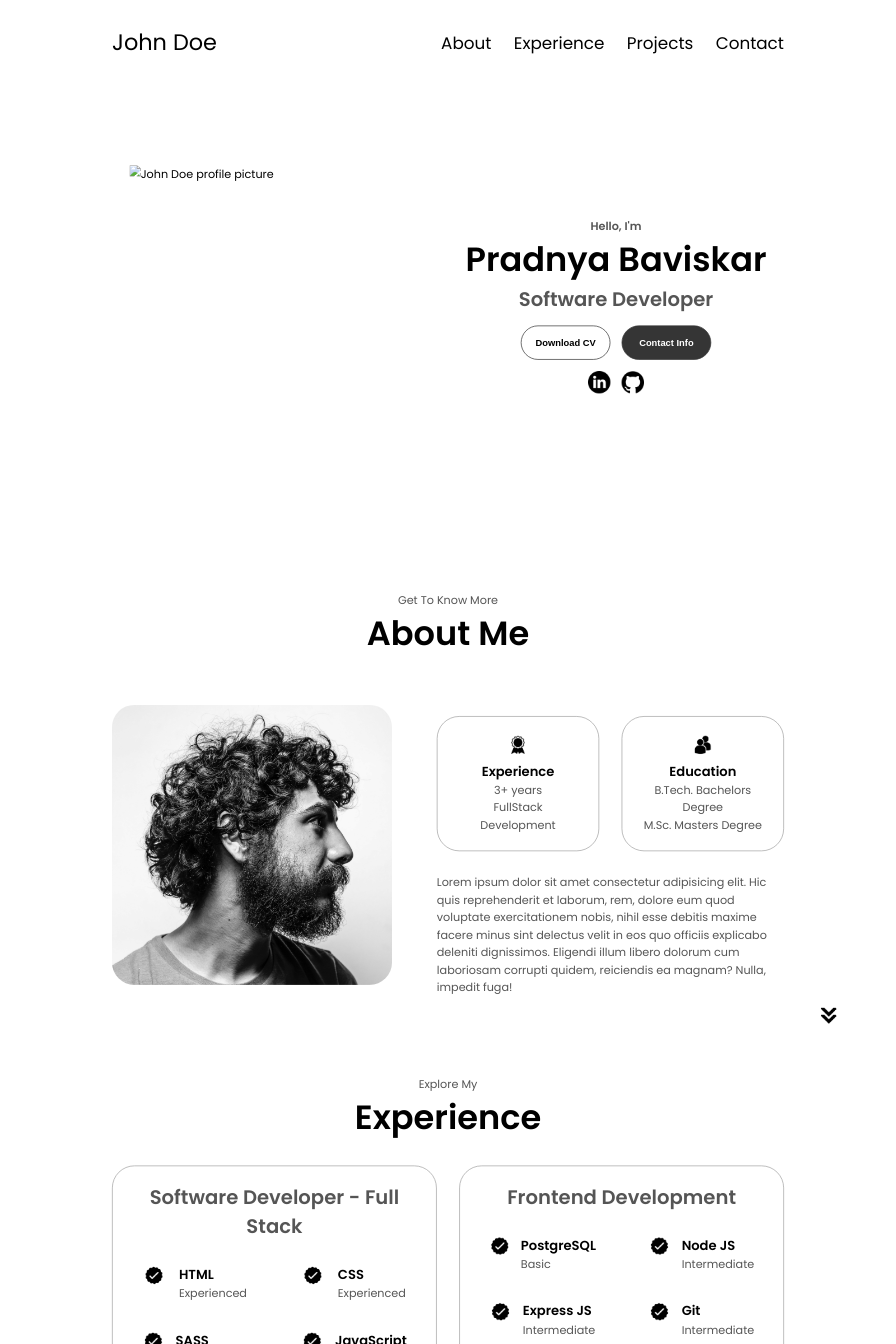
Repository: Pradnya-07/Portfolio-Pradnya
Page: index.html
The author's editor kept a copy of each file at every save. The page is drawn from the files as they stood at one save, then again after the next save.
The browser window is 1280 px wide. The pictures show the part of the page from y = 0 to 1920 px (the page is 4127 px tall), at 70% of full size.
A picture or video elsewhere on the page could not be fetched, so the positions and the page height are approximate.

Above is the page before, as saved 2025-04-07 15:57:55.
Not found: assets/profile-pic.png

After the next save:
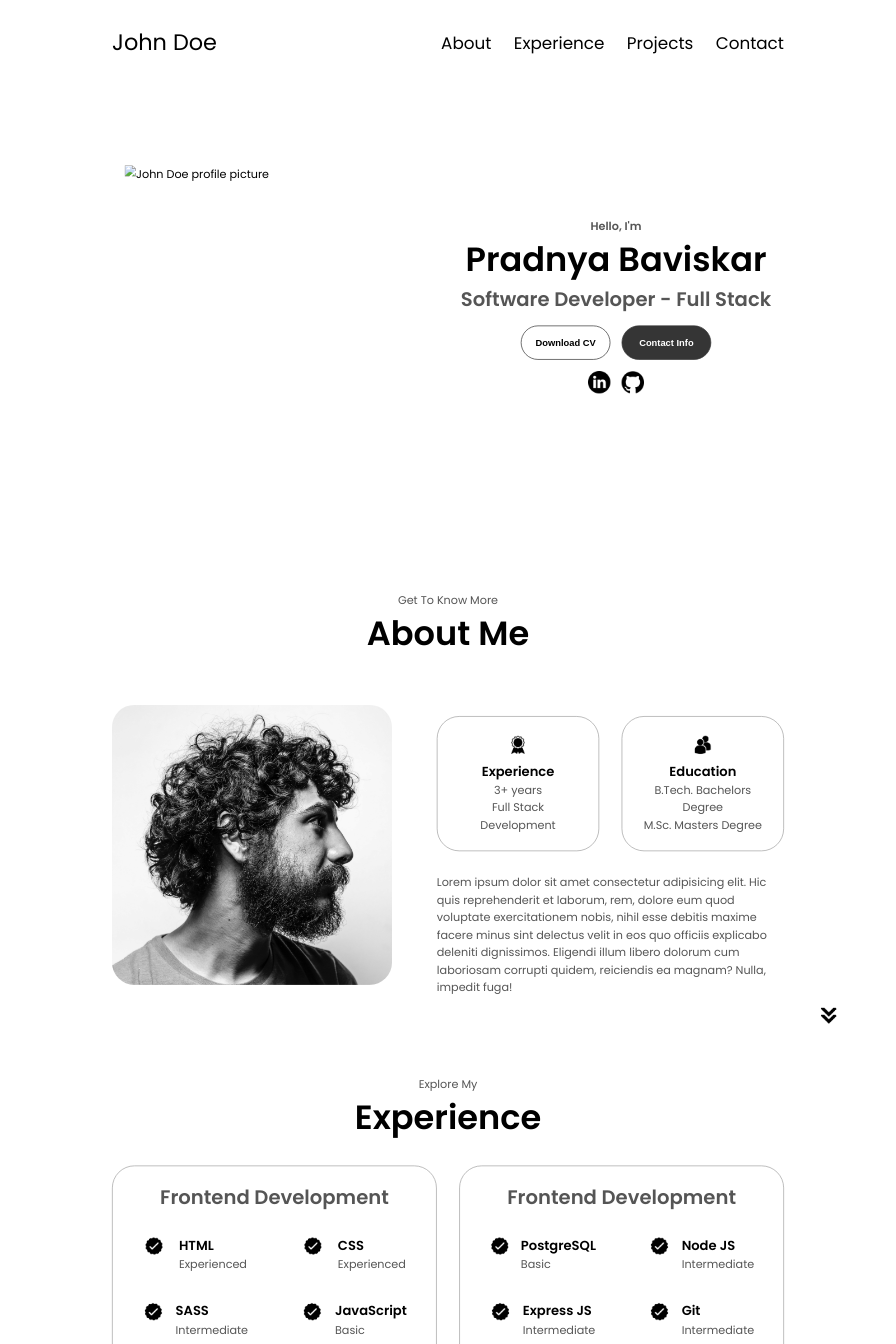
Saved 2 min 53 s later.
--- a/index.html
+++ b/index.html
@@ -43,7 +43,7 @@
       <div class="section__text">
         <p class="section__text__p1">Hello, I'm</p>
         <h1 class="title">Pradnya Baviskar</h1>
-        <p class="section__text__p2">Software Developer</p>
+        <p class="section__text__p2">Software Developer - Full Stack</p>
         <div class="btn-container">
           <button
             class="btn btn-color-2"
@@ -91,7 +91,7 @@
                 class="icon"
               />
               <h3>Experience</h3>
-              <p>3+ years <br />FullStack Development</p>
+              <p>3+ years <br />Full Stack Development</p>
             </div>
             <div class="details-container">
               <img
@@ -128,7 +128,7 @@
       <div class="experience-details-container">
         <div class="about-containers">
           <div class="details-container">
-            <h2 class="experience-sub-title">Software Developer - Full Stack</h2>
+            <h2 class="experience-sub-title">Frontend Development</h2>
             <div class="article-container">
               <article>
                 <img
@@ -352,7 +352,7 @@
             alt="Email icon"
             class="icon contact-icon email-icon"
           />
-          <p><a href="mailto:examplemail@gmail.com">Example@gmail.com</a></p>
+          <p><a href="mailto:pradnyabaviskar56p@gmail.com">pradnyabaviskar56p@gmail.com</a></p>
         </div>
         <div class="contact-info-container">
           <img
